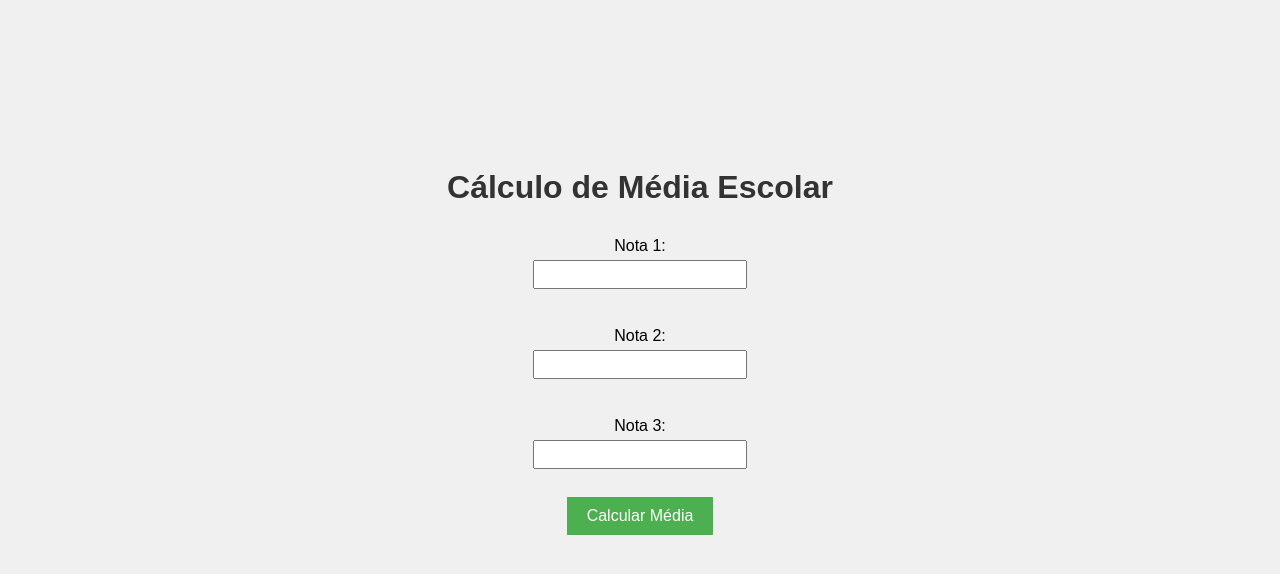
Repository: Gabrielb0rn/JavaScript-HTML.io
Page: atividade 7/index.html
These files come from the project's save history. The page is drawn as it stood at one moment and after the next save; the edit follows.
The browser window is 1280 px wide. The pictures show the whole page.

Above is the page before, as saved 2024-07-04 11:13:56.

### atividade 7/index.html
<!DOCTYPE html>
<html lang="pt-br">
<head>
    <meta charset="UTF-8">
    <meta name="viewport" content="width=device-width, initial-scale=1.0">
    <link rel="stylesheet" href="assets/style.css">
    <title>Cálculo de Média Escolar</title>
</head>
<body>
    <h1>Cálculo de Média Escolar</h1>

    <label for="nota1">Nota 1:</label>
    <input type="number" id="nota1" name="nota1"><br>

    <label for="nota2">Nota 2:</label>
    <input type="number" id="nota2" name="nota2"><br>

    <label for="nota3">Nota 3:</label>
    <input type="number" id="nota3" name="nota3"><br>

    <button onclick="calcularMedia()">Calcular Média</button>

    <p id="resultado"></p>

    <script src="assets/scripts.js"></script>
</body>
</html>

### atividade 7/assets/style.css
body {
    font-family: Arial, sans-serif;
    display: flex;
    flex-direction: column;
    align-items: center;
    justify-content: center;
    height: 100vh;
    background-color: #f0f0f0;
    margin: 0;
}
h1 {
    color: #333;
}
label {
    margin: 10px 0 5px;
}
input {
    padding: 5px;
    margin-bottom: 10px;
    width: 200px;
}
button {
    padding: 10px 20px;
    background-color: #4CAF50;
    color: white;
    border: none;
    cursor: pointer;
    font-size: 16px;
}
button:hover {
    background-color: #45a049;
}
#resultado {
    margin-top: 20px;
    font-size: 18px;
    color: #333;
}

### atividade 7/assets/scripts.js
function calcularMedia() {
    var nota1 = parseFloat(document.getElementById("nota1").value);
    var nota2 = parseFloat(document.getElementById("nota2").value);
    var nota3 = parseFloat(document.getElementById("nota3").value);

    if (isNaN(nota1) || isNaN(nota2) || isNaN(nota3)) {
        alert("Por favor, insira todas as notas.");
        return;
    }

    var media = (nota1 + nota2 + nota3) / 3;
    var resultado = media >= 7 ? "Aprovado" : "Reprovado";

    alert("A média é: " + media.toFixed(2) + "\n" + resultado);
}

After the next save:
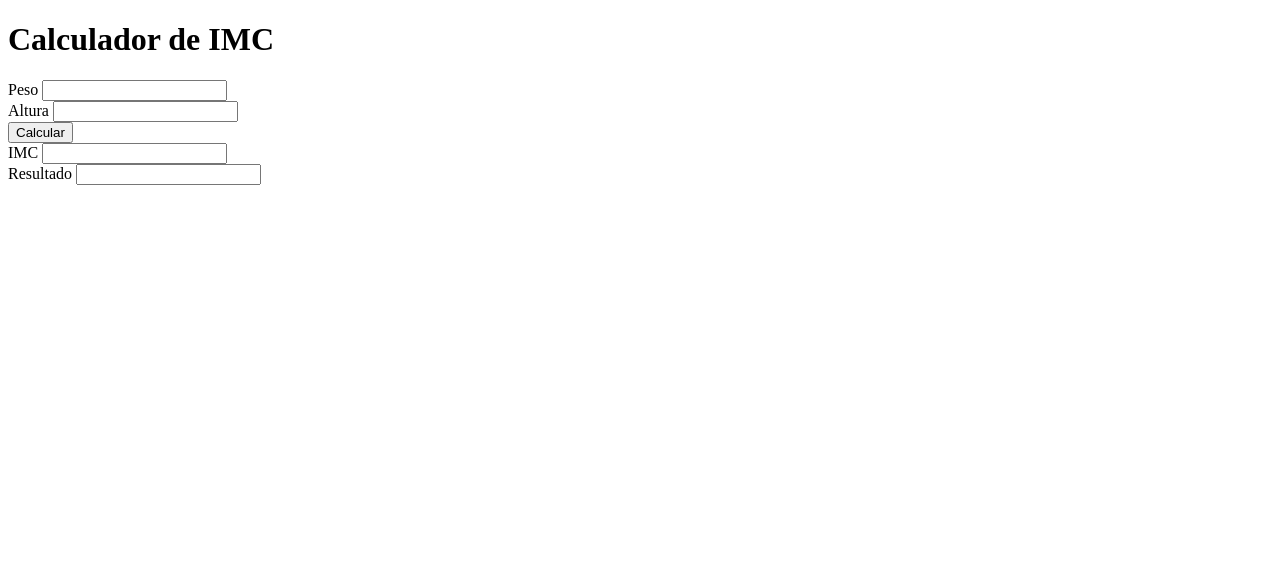
Not found: atividade 7/script.js
Not found: atividade 7/styles.css
Saved 2 min 9 s later.
--- a/atividade 7/index.html
+++ b/atividade 7/index.html
@@ -1,27 +1,34 @@
 <!DOCTYPE html>
-<html lang="pt-br">
+<html lang="pt-BR">
 <head>
     <meta charset="UTF-8">
     <meta name="viewport" content="width=device-width, initial-scale=1.0">
-    <link rel="stylesheet" href="assets/style.css">
-    <title>Cálculo de Média Escolar</title>
+    <title>Calculador de IMC</title>
+    <link rel="stylesheet" href="styles.css">
 </head>
 <body>
-    <h1>Cálculo de Média Escolar</h1>
-
-    <label for="nota1">Nota 1:</label>
-    <input type="number" id="nota1" name="nota1"><br>
-
-    <label for="nota2">Nota 2:</label>
-    <input type="number" id="nota2" name="nota2"><br>
-
-    <label for="nota3">Nota 3:</label>
-    <input type="number" id="nota3" name="nota3"><br>
-
-    <button onclick="calcularMedia()">Calcular Média</button>
-
-    <p id="resultado"></p>
-
-    <script src="assets/scripts.js"></script>
+    <div class="imc-container">
+        <h1>Calculador de IMC</h1>
+        <form id="imc-form">
+            <div class="input-group">
+                <label for="peso">Peso</label>
+                <input type="number" id="peso" required>
+            </div>
+            <div class="input-group">
+                <label for="altura">Altura</label>
+                <input type="number" id="altura" step="0.01" required>
+            </div>
+            <button type="button" onclick="calcularIMC()">Calcular</button>
+            <div class="result-group">
+                <label for="imc">IMC</label>
+                <input type="text" id="imc" readonly>
+            </div>
+            <div class="result-group">
+                <label for="resultado">Resultado</label>
+                <input type="text" id="resultado" readonly>
+            </div>
+        </form>
+    </div>
+    <script src="script.js"></script>
 </body>
 </html>
